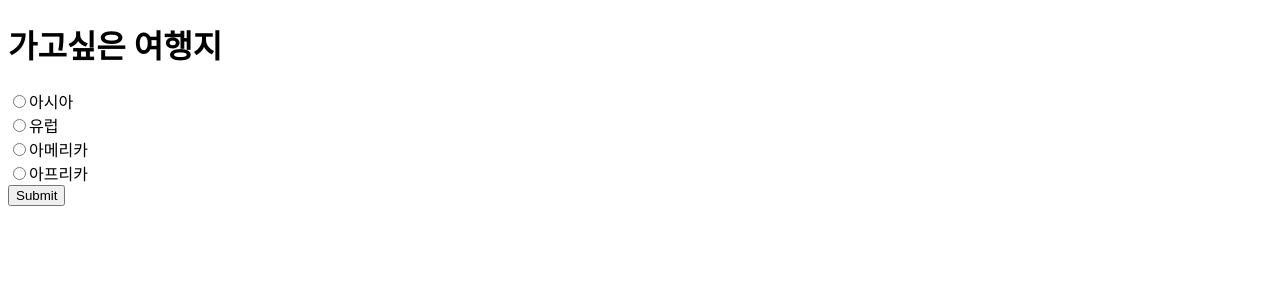
Repository: eun-chongzzz/jsp_practice
Page: http://localhost/JSPBasic/jspObject/2.response/travel_main.jsp
The author's editor kept a copy of each file at every save. The page is drawn from the files as they stood at one save, then again after the next save.
The browser window is 1280 px wide. The pictures show the whole page.
The page is served by Tomcat 9.

Above is the page before, as saved 2022-02-04 03:42:51.

After the next save:
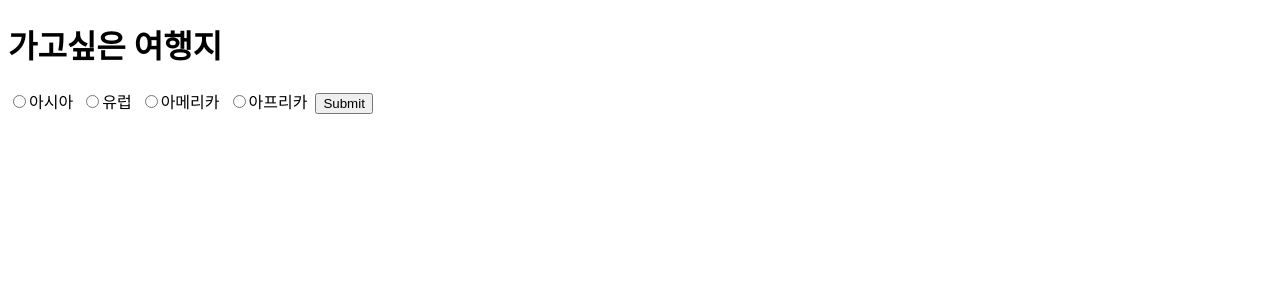
Saved 32 s later.
--- a/JSPBasic/src/main/webapp/jspObject/2.response/travel_main.jsp
+++ b/JSPBasic/src/main/webapp/jspObject/2.response/travel_main.jsp
@@ -17,10 +17,10 @@
 	 --%>
 	 <h1>가고싶은 여행지</h1>
 	 <form action="travel_check.jsp" method="post">
-	 	<input type="radio" name="trip" value="Asia">아시아&nbsp;<br>
-	 	<input type="radio" name="trip" value="Europe">유럽&nbsp;<br>
-	 	<input type="radio" name="trip" value="America">아메리카&nbsp;<br>
-	 	<input type="radio" name="trip" value="Africa">아프리카&nbsp;<br>
+	 	<input type="radio" name="trip" value="Asia">아시아&nbsp;
+	 	<input type="radio" name="trip" value="Europe">유럽&nbsp;
+	 	<input type="radio" name="trip" value="America">아메리카&nbsp;
+	 	<input type="radio" name="trip" value="Africa">아프리카&nbsp;
 	 	<input type="submit">
 	 </form>
 

After the save that followed:
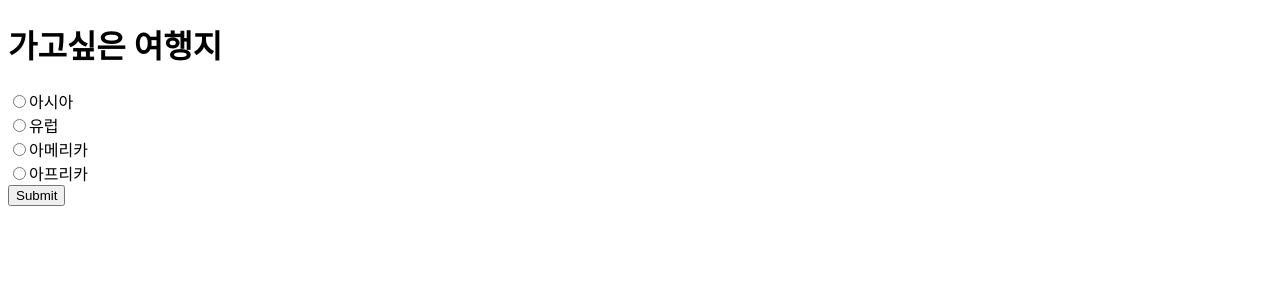
Saved 36 s later.
--- a/JSPBasic/src/main/webapp/jspObject/2.response/travel_main.jsp
+++ b/JSPBasic/src/main/webapp/jspObject/2.response/travel_main.jsp
@@ -17,10 +17,10 @@
 	 --%>
 	 <h1>가고싶은 여행지</h1>
 	 <form action="travel_check.jsp" method="post">
-	 	<input type="radio" name="trip" value="Asia">아시아&nbsp;
-	 	<input type="radio" name="trip" value="Europe">유럽&nbsp;
-	 	<input type="radio" name="trip" value="America">아메리카&nbsp;
-	 	<input type="radio" name="trip" value="Africa">아프리카&nbsp;
+	 	<input type="radio" name="trip" value="Asia">아시아<br>
+	 	<input type="radio" name="trip" value="Europe">유럽<br>
+	 	<input type="radio" name="trip" value="America">아메리카<br>
+	 	<input type="radio" name="trip" value="Africa">아프리카<br>
 	 	<input type="submit">
 	 </form>
 
